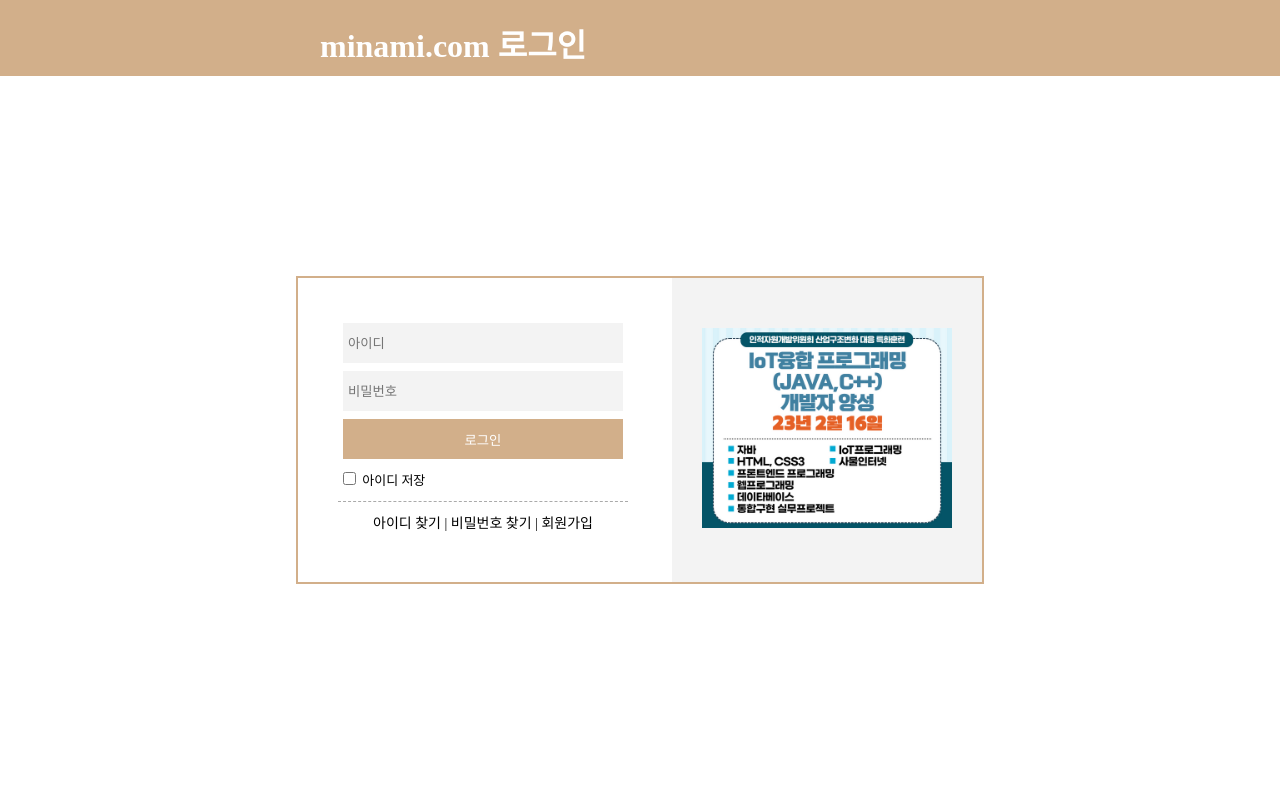
Repository: Minami0717/JSP_Study
Page: http://localhost/JSP_Gall/jsp/loginForm.jsp
These files come from the project's save history. The page is drawn as it stood at one moment and after the next save; the edit follows.
The browser window is 1280 px wide. The pictures show the whole page.
The page is served by Tomcat 9.

Above is the page before, as saved 2023-02-15 07:00:58.

After the next save:
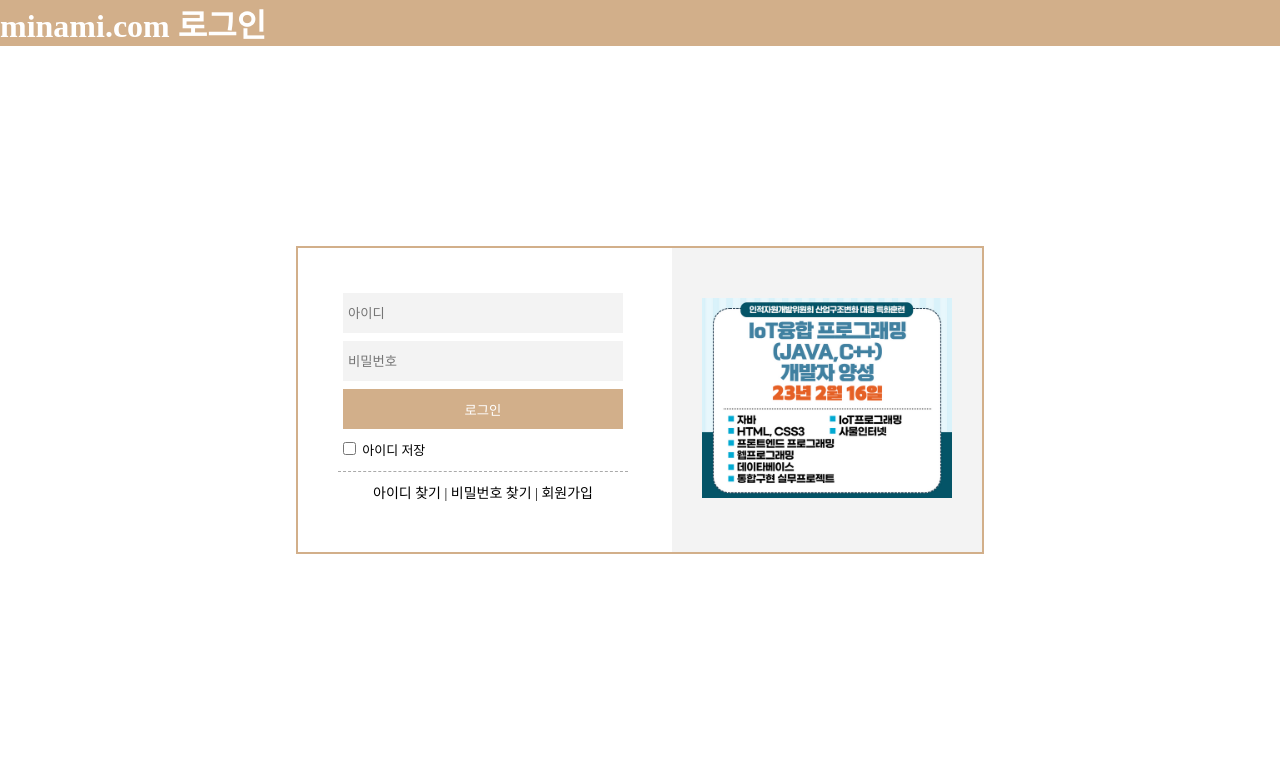
Saved 2 min 42 s later.
--- a/JSP_Gall/src/main/webapp/jsp/loginForm.jsp
+++ b/JSP_Gall/src/main/webapp/jsp/loginForm.jsp
@@ -10,7 +10,7 @@
 <title>Insert title here</title>
 <style>
 	* {margin: 0; padding: 0;}
-	header {background: #d2af8a; padding: 20px 25% 10px;}
+	header {background: #d2af8a;}
 	header a {color: white;}
 	header a:hover {text-decoration: none;}
 	div[align=center] {display: inline-block; border: 2px solid #d2af8a; margin: 200px auto; font-size: 13px; width: 684px;}
